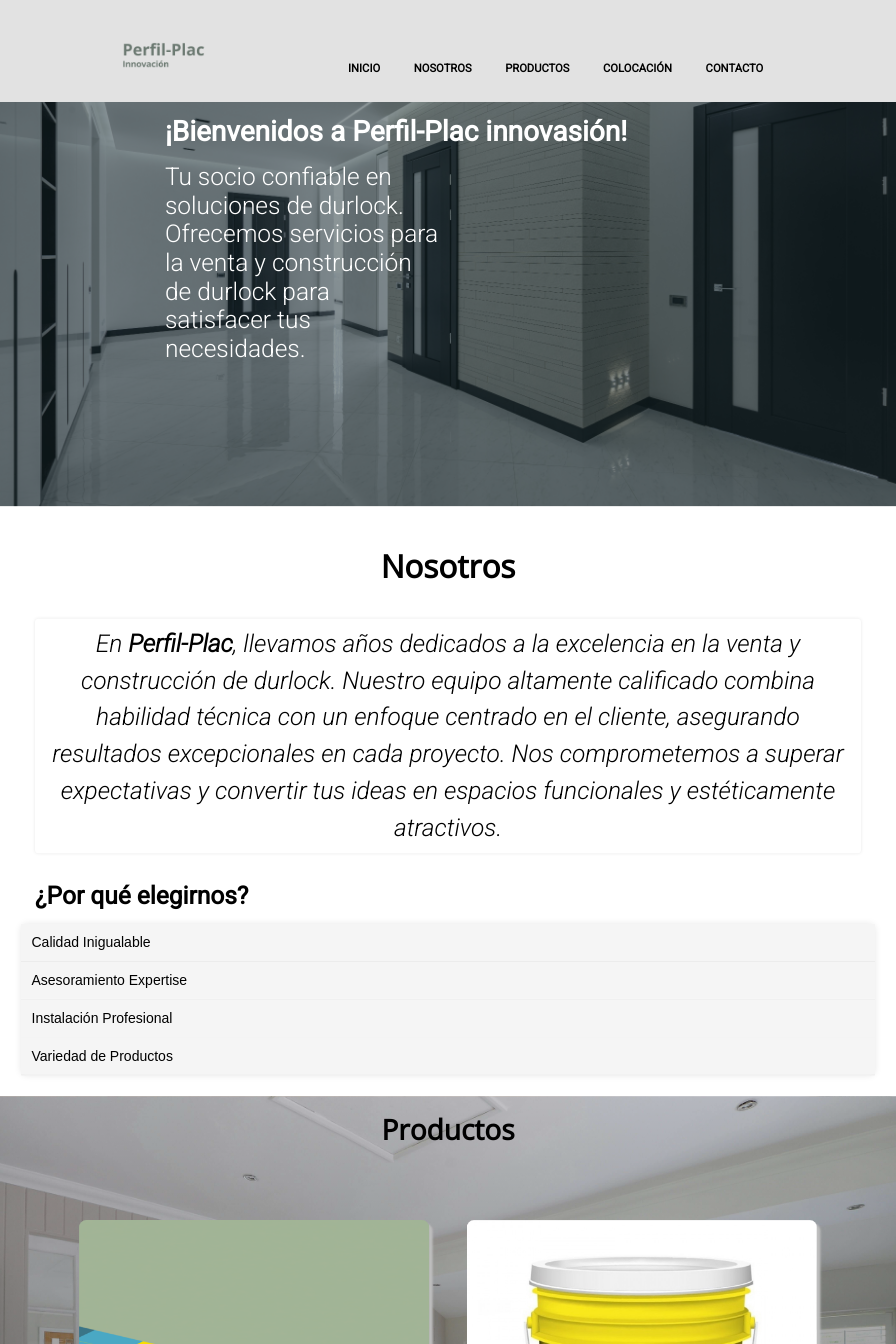
Repository: DamianBermudez94/Perfil-Plac
Page: /
The author's editor kept a copy of each file at every save. The page is drawn from the files as they stood at one save, then again after the next save.
The browser window is 1280 px wide. The pictures show the part of the page from y = 0 to 1920 px (the page is 5301 px tall), at 70% of full size.
Backgrounds fixed to the window are drawn as part of the page. The project was rebuilt for these pictures with package versions that can differ from the ones it lists, and the page was loaded fresh each time. Also part of the build but not shown: vite.config.js, src/index.css.

Above is the page before, as saved 2024-02-21 10:54:00.

### index.html
<!DOCTYPE html>
<html lang="en">
  <head>
    <meta charset="UTF-8" />
    <link rel="preconnect" href="https://fonts.googleapis.com" />
    <link rel="preconnect" href="https://fonts.gstatic.com" crossorigin />
    <link
      href="https://fonts.googleapis.com/css2?family=Open+Sans:wght@300;400&family=Roboto:ital,wght@0,300;0,400;1,300&display=swap"
      rel="stylesheet"
    />
    <link
      rel="icon"
      type="image/png"
      sizes="32x32"
      href="/public/favicon-32x32.png"
    />
    <meta name="author" content="Damián Bermúdez" />
    <meta name="viewport" content="width=device-width, initial-scale=1.0" />
    <meta
      name="description"
      content="Somos una empresa que se dedica a la venta y colocación de insumos para la construcción en seco"
    />
    <title>Perfil-Plac Innovasión</title>
  </head>
  <body>
    <div id="root"></div>
    <script type="module" src="/src/main.jsx"></script>
  </body>
</html>

### src/App.jsx
import { Footer } from "./components/Footer/Footer";
import { Header } from "./components/Header/Header";
import { Main } from "./components/Main/Main";
import "./App.css";

function App() {
  return (
    <>
      <Header></Header>
      <Main></Main>
      <Footer></Footer>
    </>
  );
}

export default App;

### src/components/Footer/Footer.jsx
import { FaFacebookF } from "react-icons/fa";
import { FaInstagram } from "react-icons/fa";
import { FaWhatsapp } from "react-icons/fa";
import { TfiEmail } from "react-icons/tfi";
import logoImagen from "../../img/PerfilPlac.png"
import "./styles.css";
export const Footer = () => {
  return (
    <footer className="footer">
      <div className="footer-container">
        <div className="footer-logo-container">
          <img src={logoImagen} alt="perfil-plac" className="logo-footer" />
        </div>
        <div className="content-icon">
          <ul className="container-red__social">
            <li className="icon-content">
              <a
                href=""
                className="link"
                data-social="facebook"
                aria-label="Facebook"
              >
                <FaFacebookF className="icon-facebook" />
              </a>

              <div className="tooltip">Facebook</div>
            </li>
            <li className="icon-content">
              <a
                href=""
                className="link"
                data-social="instagram"
                aria-label="Instagram"
              >
                <FaInstagram />
              </a>

              <div className="tooltip">Instagram</div>
            </li>
            <li className="icon-content">
              <a
                href=""
                className="link"
                data-social="whatsapp"
                aria-label="Whatsapp"
              >
                <FaWhatsapp />
              </a>

              <div className="tooltip">Whatsapp</div>
            </li>
            <li className="icon-content">
              <a
                href=""
                className="link"
                data-social="email"
                aria-label="Email"
              >
                <TfiEmail />
              </a>

              <div className="tooltip">Email</div>
            </li>
          </ul>
        </div>
        <div className="custom-line"></div>
        <div className="footer-legal__text">
          <p>@2024 Perfil-Plac innovación</p>
          <span>
            <a href="https://damianbermudezdev.es/" target="__blank">
              Hecho por DB|WEB &#169;
            </a>
          </span>
        </div>
      </div>
    </footer>
  );
};

### src/components/Header/Header.jsx
import { useState } from "react";

import { BrowserRouter as Router } from "react-router-dom";
import { NavHashLink, HashLink } from "react-router-hash-link";
import logoImagen from "../../img/PerfilPlac.png";
import "./styles.css";
export function Header() {
  const [isActive, setActive] = useState(false);

  function closeMenu() {
    setActive(false);
  }

  return (
    <header className="header header-fixed">
      <Router>
        <HashLink smooth to="#home" className="logo">
          <figure>
            <img src={logoImagen} alt="Perfil-Plac" />
          </figure>
        </HashLink>

        <nav className={isActive ? "active" : ""}>
          <NavHashLink smooth to="#home" onClick={closeMenu}>
            Inicio
          </NavHashLink>
          <NavHashLink smooth to="#nosotros" onClick={closeMenu}>
            Nosotros
          </NavHashLink>
          <NavHashLink smooth to="#productos" onClick={closeMenu}>
            Productos
          </NavHashLink>
          <NavHashLink smooth to="#servicios" onClick={closeMenu}>
            Colocación
          </NavHashLink>
          <NavHashLink smooth to="#contacto" onClick={closeMenu}>
            Contacto
          </NavHashLink>
        </nav>

        <div
          aria-expanded={isActive ? "true" : "false"}
          aria-haspopup="true"
          aria-label={isActive ? "Fechar menu" : "Abrir menu"}
          className={isActive ? "menu active" : "menu"}
          onClick={() => {
            setActive(!isActive);
          }}
        ></div>
      </Router>
    </header>
  );
}

### src/components/Main/Main.jsx
import Contacto from "../Contacto/Contacto";
import { Producto } from "../Producto/Producto";
import Servicios from "../Servicios/Servicios";
import Nosotros from "../Nosotros/Nosotros";
import Inicio from "../Home/Home";
export function Main() {
  return (
    <main>
      <Inicio />
      <Nosotros />
      <Producto />
      <Servicios />
      <Contacto/>
    </main>
  );
}

### src/App.css
* {
  margin: 0;
  padding: 0;
  box-sizing: border-box;
}

.App {
  width: 100%;
  padding-top: 80px; /* Ajusta este valor según la altura de tu barra de navegación */
}
body {

  font-family: "Roboto", sans-serif;
  font-weight: 300;
  font-style: normal;
}
h1{
  font-family: 'Open Sans', sans-serif;
}
a {
  text-decoration: none;
}

### src/components/Footer/styles.css
/**--Estilos del footer--**/
.footer {
    display: flex;
    justify-content: space-around;
    background-color: #e2e2e2;
    padding: 20px;
  }

  .footer-container {

    display: grid;
    grid-template-columns: repeat(3, 1fr);

    justify-items: center;
    align-items: center;
  }

  .footer-logo-container {
    display: flex;
    justify-content: center;
    align-items: center;
    grid-column: span 1;
  }
  .logo-footer {
    width: 150px;
    height: 100px;
    object-fit: cover;

  }
  .content-icon{
    grid-column:  3;
  }

  .footer-legal__text p {
    margin-bottom: 20px;

  }
  .footer-legal__text{
    grid-column:span 4 ;
  }
  .footer-legal__text span {
    margin-top: 20px;
    font-weight: 600;

  }

  .footer-legal__text span a {
    color: #4c4c4c;
    text-decoration: none;
    cursor: pointer;
  }
  .custom-line {
    width: 100%;
    height: 1px;
    background-color: #6c7a72;
    margin: 10px 0;
    box-shadow: 0 0 5px 0 rgba(0, 0, 0, 0.5);
    grid-column: span 4;
  }
  @media (max-width: 920px) {
    .footer {
      height: 350px;
    }

    .footer-container {
      display: flex;
      flex-direction: column;
      justify-content: center;
      align-items: center;
    }
    .footer-container div {
      margin: 10px;
    }
  }

### src/components/Header/styles.css
.header {
  width: 100%;
  padding: 1.8rem 10rem;
  background-color: #e2e2e2;
  position: fixed;
  top: 0;
  left: 0;
  z-index: 1000;
  overflow: hidden;
}

nav {
  display: flex;
  align-items: center;
  justify-content: space-around;
  gap: 1.8rem;
  float: right;
  margin-right: 20px;

  a {
    color: #000;
    padding: 0.6rem;
    font-weight: bold;
    text-transform: uppercase;
    transition: filter 0.25s;

    &.button {
      padding: 0.6rem 5rem;
    }

    &:hover {
      filter: brightness(0.6);
      color: #6c7a72;
    }
  }
}
.logo figure {
  width: 150px;
  height: 50px;
}

.logo img {
  width: 150px;
  height: 50px;
  object-fit: cover;
  margin-top: 30px;
}
.menu-container {
  cursor: pointer;
  padding: 0.6rem 0;
}

.menu {
  width: 2rem;
  height: 0.2rem;
  background: #ffff;
  position: relative;
  cursor: pointer;
  display: none;

  &:before {
    bottom: 0.5rem;
  }
  &:after {
    top: 0.5rem;
  }

  &.active:before {
    bottom: 0;
    transform: rotate(45deg);
  }

  &.active:after {
    top: 0;
    transform: rotate(135deg);
  }

  &.active {
    background-color: rgba(0, 0, 0, 0);
  }
}

.menu:before,
.menu:after {
  content: "";
  display: block;
  position: absolute;
  width: 100%;
  height: 0.2rem;
  background: #ffff;
  cursor: pointer;
  transition: 0.6s;
}

@media (max-width: 960px) {
  .menu {
    display: block;
  }

  nav {
    -ms-overflow-style: none;
    scrollbar-width: none;
    overflow: hidden;
    opacity: 0;
    visibility: hidden;
    flex-direction: column;

    align-items: center;
    position: fixed;
    width: 100%;
    height: 100vh;
    background-color: var(--blue);
    top: 140px;
    left: 0;
    transition: opacity 0.25s;
    background-color: rgba(255, 255, 255, 0);
    backdrop-filter: blur(19px);
    color: #6c7a72;
    a.button {
      background-color: var(--pink);
    }

    &.active {
      opacity: 1;
      visibility: visible;
    }
  }
}

### src/components/Servicios/Servicios.jsx
import React from "react";
import { Transition } from "react-transition-group";

import imagen1 from "../../img/fondo1.jpg";
import imagen2 from "../../img/fondo2.jpg";
import imagen3 from "../../img/fondo3.jpg";
import imagen4 from "../../img/fondo4.jpg";
import "./styles.css";

const Servicios = () => {
  const [inProp, setInProp] = React.useState(false);

  React.useEffect(() => {
    // Activa la transición después de que el componente se monte
    setInProp(true);
  }, []);
  return (
    <Transition in={inProp} timeout={500}>
      {(state) => (
        <div
          style={{
            transition: `opacity 0.5s ease-in-out`,
            opacity: state === "entering" || state === "entered" ? 1 : 0,
          }}
        >
          <section className="container-servicios" id="servicios">
            <h1>Colocación</h1>
            <div className="content-colocacion">
              <h2>Hacemos que tus proyectos se vuelvan realidad</h2>
              <div className="container-img">
                <figure>
                  <img src={imagen1} alt="Perfil-Plac" />
                </figure>
              </div>
              <div className="container-img">
                <figure>
                  <img src={imagen2} alt="Perfil-Plac" />
                </figure>
              </div>
              <div className="container-img">
                <figure>
                  <img src={imagen3} alt="Perfil-Plac" />
                </figure>
              </div>
              <div className="container-img">
                <figure>
                  <img src={imagen4} alt="Perfil-Plac" />
                </figure>
              </div>
            </div>
            <p className="servicios-description">
              Tus proyectos se vuelven realidad con nuestros servicios expertos
              en colocación de durlock. ¡Confía en nosotros para transformar tus
              espacios!
            </p>
          </section>
        </div>
      )}
    </Transition>
  );
};

export default Servicios;

### src/components/Nosotros/Nosotros.jsx
import React from "react";
import { Transition } from "react-transition-group";
import { Accordion } from "../Acordion/Accordion";
import "./styles.css"
const Nosotros = () => {
  const [inProp, setInProp] = React.useState(false);

  React.useEffect(() => {
    // Activa la transición después de que el componente se monte
    setInProp(true);
  }, []);
  return (
    <Transition in={inProp} timeout={500}>
      {(state) => (
        <div
          style={{
            transition: `opacity 0.5s ease-in-out`,
            opacity: state === "entering" || state === "entered" ? 1 : 0,
          }}
        >
          <section className="section-nosotros" id="nosotros">
            <div className="container-text__nosotros">
              <h1>Nosotros</h1>
              <p>
                En <strong>Perfil-Plac</strong>, llevamos años dedicados a la
                excelencia en la venta y construcción de durlock. Nuestro equipo
                altamente calificado combina habilidad técnica con un enfoque
                centrado en el cliente, asegurando resultados excepcionales en
                cada proyecto. Nos comprometemos a superar expectativas y
                convertir tus ideas en espacios funcionales y estéticamente
                atractivos.
              </p>
              <h2>¿Por qué elegirnos?</h2>
              <div className="accordion-container">
                <Accordion
                  question="Calidad Inigualable"
                  answer="Trabajamos con los mejores materiales Durlock para garantizar la durabilidad y resistencia de cada construcción."
                />
                <Accordion
                  question="Asesoramiento Expertise"
                  answer=" Nuestro equipo de expertos está listo para brindarte asesoramiento personalizado, ayudándote a seleccionar los insumos adecuados para tu proyecto específico."
                />
                <Accordion
                  question="Instalación Profesional"
                  answer="No solo suministramos insumos; también ofrecemos servicios de instalación impecables, llevando tus ideas desde el papel hasta la realidad con habilidad y precisión."
                />
                <Accordion
                  question="Variedad de Productos"
                  answer=" Explora nuestra amplia gama de productos Durlock, desde placas estándar hasta soluciones especializadas para proyectos únicos."
                />
              </div>
            </div>
          </section>
        </div>
      )}
    </Transition>
  );
};

export default Nosotros;

### src/components/Home/Home.jsx
import React from "react";
import { Transition } from "react-transition-group";

import "./styles.css"
const Inicio = () => {
  const [inProp, setInProp] = React.useState(false);

  React.useEffect(() => {
    // Activa la transición después de que el componente se monte
    setInProp(true);
  }, []);
  return (
    <Transition in={inProp} timeout={500}>
      {(state) => (
        <div
          style={{
            transition: `opacity 0.5s ease-in-out`,
            opacity: state === "entering" || state === "entered" ? 1 : 0,
          }}
        >
          {/* Contenido de tu componente */}
          <section className="home-container" id="home">
            <div className="home-banner-container">
              <div className="home-text-section">
                <h2>¡Bienvenidos a Perfil-Plac innovasión!</h2>
                <p>
                Tu socio confiable en soluciones de durlock. Ofrecemos servicios para la venta y construcción de durlock para satisfacer tus necesidades.
                </p>

              </div>
            </div>
          </section>
        </div>
      )}
    </Transition>
  );
};

export default Inicio;

### src/components/Servicios/styles.css

.container-servicios h1 {
  grid-column: span 4;
}
.content-colocacion {
  display: grid;
  grid-template-columns: repeat(2, 1fr);
  place-items: center;
  gap: 20px;
  margin: 0 auto;
}
.content-colocacion h2 {
  grid-column: span 2;
}
.container-img {
  overflow: hidden;
  border-radius: 8px;
  box-shadow: 0 0 10px rgba(0, 0, 0, 0.1);
}

.container-img img {
  width: 100%;
  max-width: 500px;
  height: auto;
  display: block;
  border-radius: 8px;
}
.servicios-description {
  margin: 10px;
  padding: 20px;
  font-size: 20px;
}

@media (max-width: 960px) {
  .content-colocacion {
    grid-template-columns: repeat(1, 1fr);
  }
  .content-colocacion h2 {
    grid-column: span 1;
  }
  .container-img img {
    max-width: 350px;
  }
}

### src/components/Acordion/Accordion.tsx
import { useState } from "react";
import React from 'react';
import "./style.css";



export const Accordion = ({ question, answer }) => {
  const [isOpen, setIsOpen] = useState(false);

  const toggleAccordion = () => {
    setIsOpen(!isOpen);
  };



  return (
    <div className={`accordion-item ${isOpen ? 'active' : ''}`}>
      <button className="accordion-header" onClick={toggleAccordion}>
        {question}
      </button>
      <div className="accordion-content">
        {isOpen && <p>{answer}</p>}
      </div>
    </div>

  );
};

### src/components/Nosotros/styles.css
/***--Seccion Nosotros--***/

.container-text__nosotros {
    padding: 30px;
    display: flex;
    align-items: center;
    justify-content: space-between;
    flex-direction: column;
  }
  .container-text__nosotros h1 {
    max-width: 100%;
    font-size: 45px;
    margin: 25px;
    text-align: center;
  }
  .container-text__nosotros h2 {

    font-size: 35px;

    width: 100%;
    max-width: 1300px;
    text-align: left;
    padding: 20px;
  }
  .container-text__nosotros p {
    max-width: 1300px;
    font-size: 35px;
    text-align: center;
    padding: 10px;
    margin: 20px;
    letter-spacing: normal;
    font-style: italic;
    line-height: 1.5;
    border-radius: 5px;
    box-shadow: 0 0 5px rgba(0, 0, 0, 0.1);
    transition: background-color 0.3s ease;
  }

  .container-text__nosotros p:hover {
    background-color: #e2e2e2;
  }

  .container-text__nosotros .button-informacion {
    margin-top: 30px;
    color: #6c7a72;
  }
  @media screen and (max-width: 560px) {
    .container-text__nosotros h1 {
      font-size: 35px;
    }
    .container-text__nosotros p {
      font-size: 25px;
      text-align: center;
    }
  }

### src/components/Home/styles.css
/**--Estilos Home--**/

.home-container {
    width: 100%;
    height: 723px;
    background-image: url("../../img/pexels-max-rahubovskiy-6238608.jpg");
    background-position: center;
    background-size: cover;
  }
  .home-banner-container {
    width: 100%;
    height: 100%;
    display: flex;
    justify-content: center;
    align-items: center;
    padding: 3rem;
    background-color: rgba(25, 45, 48, 0.5);
  }

  .home-text-section {
    width: 70%;
    display: flex;
    flex-direction: column;
    justify-content: center;
    align-content: flex-start;
  }
  .home-banner-container h2 {
    font-size: 40px;
    color: #ffffff;
    padding: 10px;
  }
  .home-text-section p {
    width: 50%;
    font-size: 35px;
    color: #fff;
    padding: 10px;
    margin-bottom: 40px;
  }



  @media screen and (max-width: 1290px) {
    .button-informacion {
      width: 35%;
    }
    .button-informacion svg {
      margin-left: 0.75rem;
      font-size: 1.5rem;
      display: none;
    }
  }

  @media screen and (max-width: 1110px) {
    .home-banner-container {
      padding: 0.5rem;
    }

    .button-informacion {
      width: 35%;
      font-size: 1rem;
    }
    .button-informacion svg {
      margin-left: 0.75rem;
      font-size: 1.5rem;
      display: none;
    }
  }

  @media screen and (max-width: 760px) {
    .home-banner-container {
      padding: 0.5rem;
    }

    .home-text-section p {
      font-size: 30px;
      width: 80%;
    }
    .home-banner-container .button-informacion {
      width: 50%;
      display: block;
    }

  }
  @media screen and (max-width: 560px) {
    .home-banner-container .button-informacion {
      width: 80%;
      display: block;
    }
    .home-banner-container h2 {
      font-size: 35px;
      color: #ffffff;
      padding: 10px;
    }
    .home-text-section p {
      font-size: 24px;
    }
  }

### src/components/Acordion/style.css
.accordion-container {
  max-width: 1300px;
  width: 100%;
  background-color: #fff;
  border-radius: 8px;
  box-shadow: 0 0 10px rgba(0, 0, 0, 0.1);


}
.accordion-item {

  border-bottom: 1px solid #e0e0e0;
  transition: 0.5s ease;


}
.accordion-header {
  padding: 15px;
  cursor: pointer;
  background-color: #f5f5f5;
  border: none;
  font-size: 20px;
  text-align: left;
  outline: none;
  width: 100%;
  display: flex;
  align-items: center;
  justify-content: space-between;



}
.accordion-content {
  display: none;
  padding: 15px;

}
.accordion-content p {
  font-size: 20px;
}
.accordion-item.active .accordion-content {
  display: block;


}

Loaded but not shown: src/main.jsx (common file); src/components/Producto/styles.css (636 lines, source omitted); src/components/Producto/Producto.jsx (149 lines, source omitted); src/components/Contacto/styles.css (256 lines, source omitted); src/components/Contacto/Contacto.jsx (104 lines, source omitted)

After the next save:
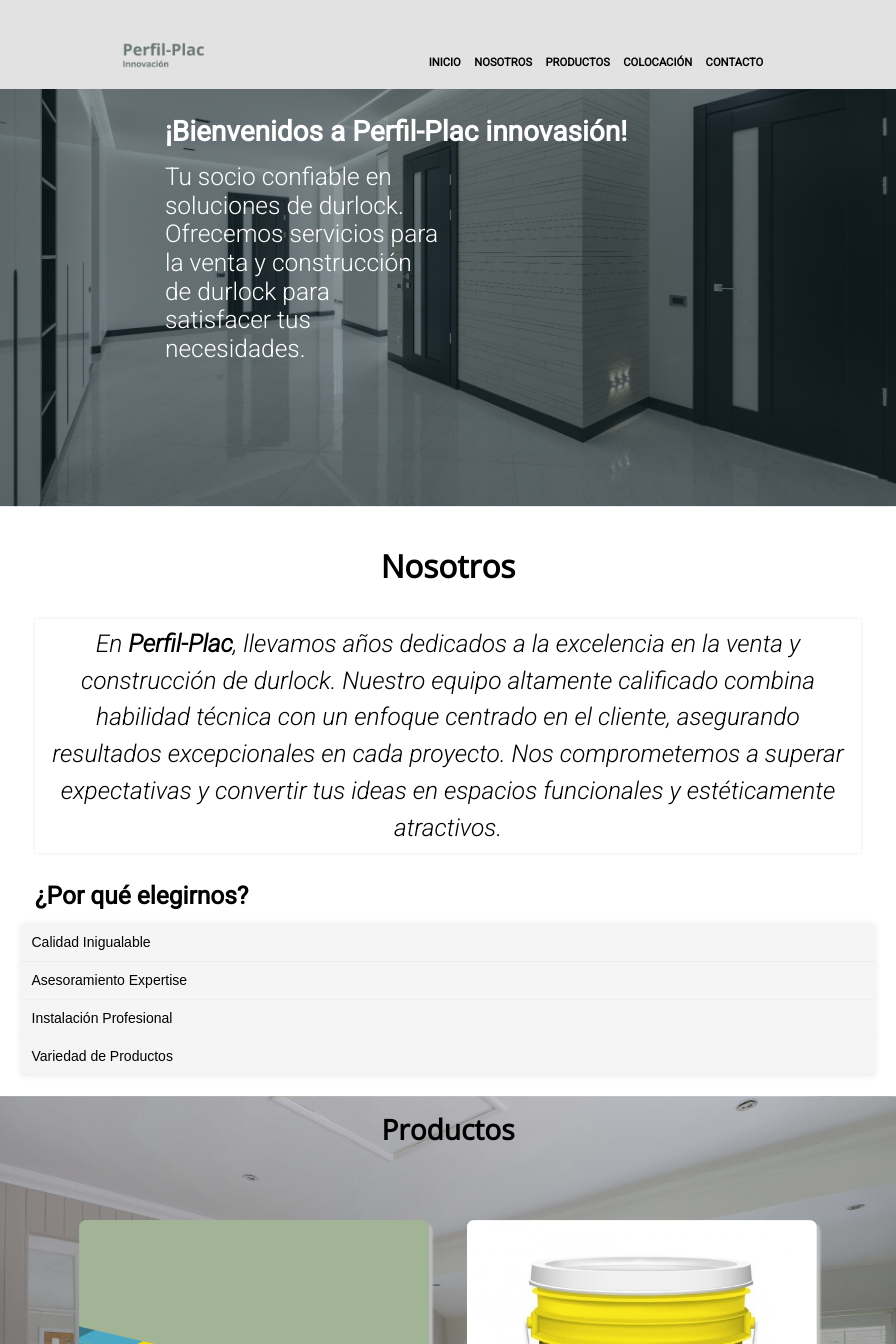
Saved 17 s later.
--- a/src/components/Header/styles.css
+++ b/src/components/Header/styles.css
@@ -10,9 +10,7 @@
 }
 
 nav {
-  display: flex;
-  align-items: center;
-  justify-content: space-around;
+
   gap: 1.8rem;
   float: right;
   margin-right: 20px;
